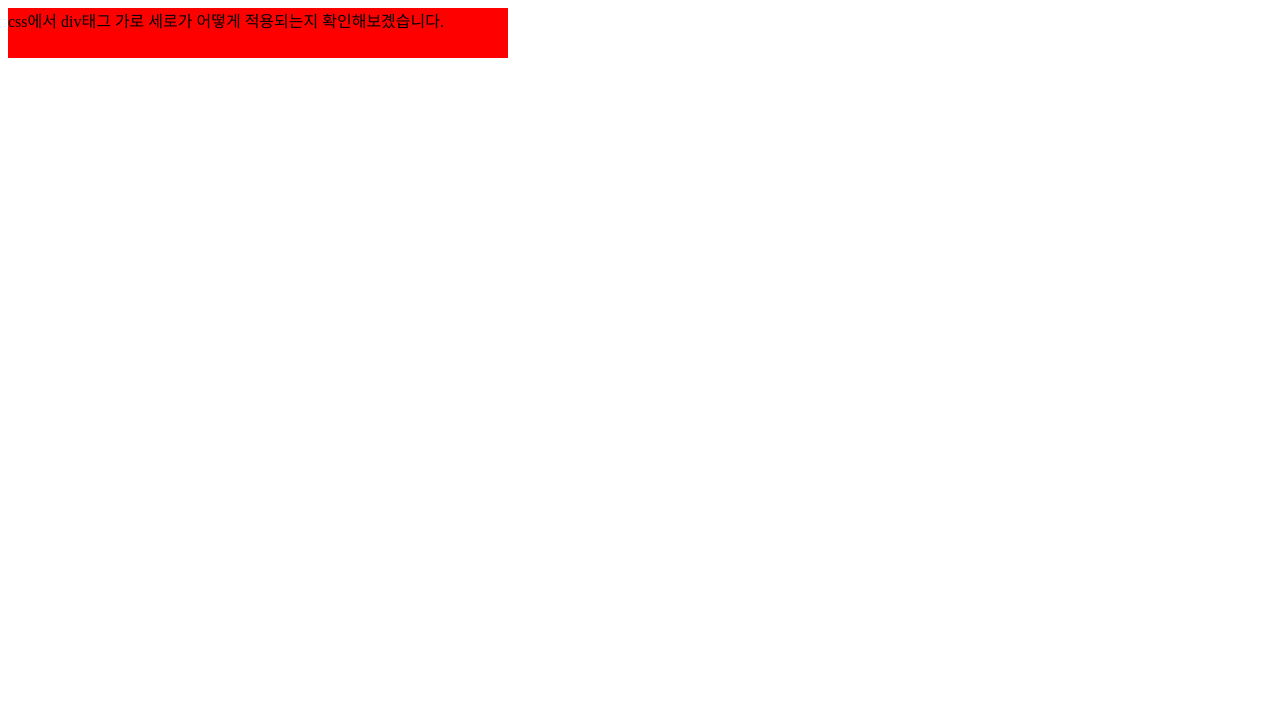
Repository: jeemaru/htme_01
Page: css_02/ex_01.html
These files come from the project's save history. The page is drawn as it stood at one moment and after the next save; the edit follows.
The browser window is 1280 px wide. The pictures show the whole page.

Above is the page before, as saved 2022-04-07 01:05:38.

After the next save:
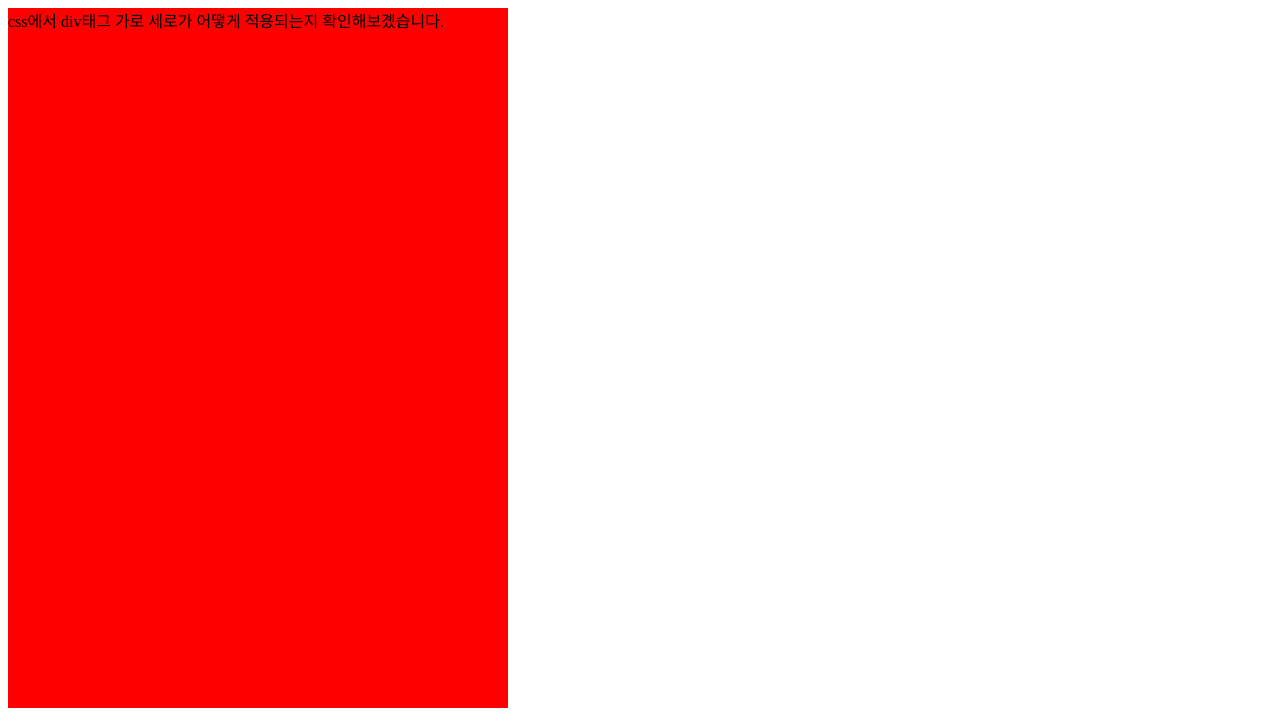
Saved 16 s later.
--- a/css_02/ex_01.html
+++ b/css_02/ex_01.html
@@ -10,7 +10,7 @@
 
         	.box-red {background-color: #ff0000;
         			  width: 500px;
-        			  height: 50px;}
+        			  height: 700px;}
 
 
         </style>
